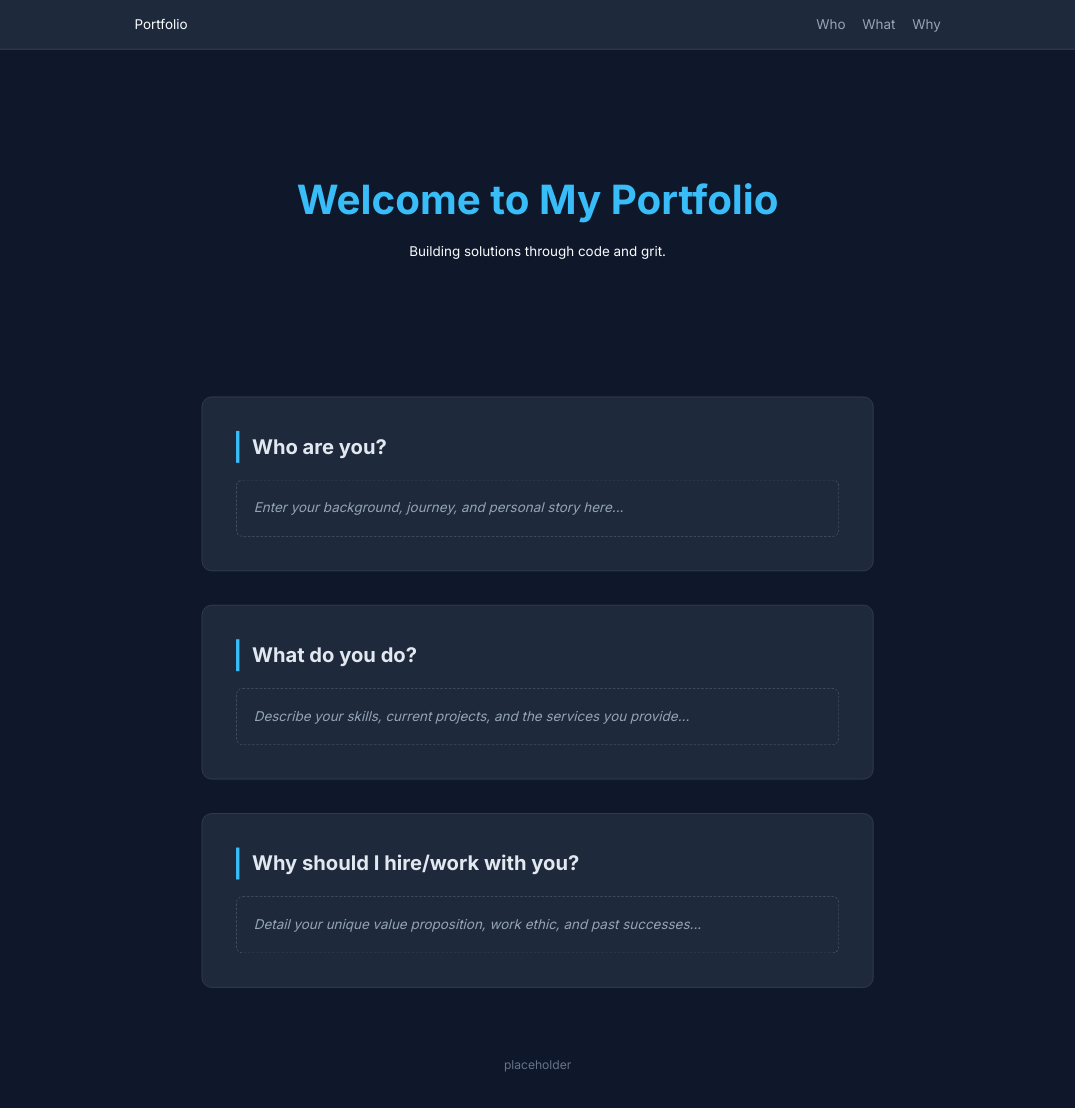
Repository: KevinSamaha/Kevin_Samaha
Page: index.html
The author's editor kept a copy of each file at every save. The page is drawn from the files as they stood at one save, then again after the next save.
The browser window is 1280 px wide. The pictures show the whole page, at 84% of full size.

Above is the page before, as saved 2026-05-03 13:57:25.

After the next save:
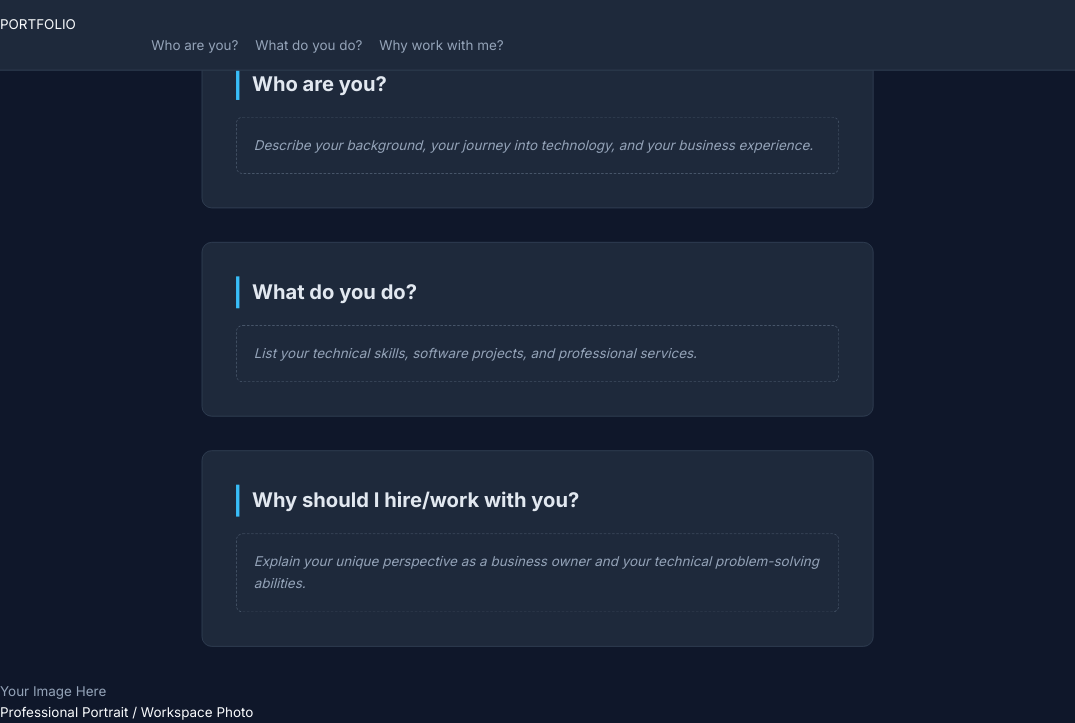
Saved 6 min 26 s later.
--- a/index.html
+++ b/index.html
@@ -3,49 +3,61 @@
 <head>
     <meta charset="UTF-8">
     <meta name="viewport" content="width=device-width, initial-scale=1.0">
-    <title>My Portfolio</title>
+    <title>Personal Portfolio</title>
+    <!-- Linking to your CSS file -->
     <link rel="stylesheet" href="style.css">
-    <!-- Google Fonts for a clean look -->
+    <!-- Google Fonts for a professional look -->
     <link href="https://fonts.googleapis.com/css2?family=Inter:wght@300;400;700&display=swap" rel="stylesheet">
 </head>
 <body>
 
     <header>
+        <div class="logo">PORTFOLIO</div>
         <nav>
-            <div class="logo">Portfolio</div>
             <ul>
-                <li><a href="#who">Who</a></li>
-                <li><a href="#what">What</a></li>
-                <li><a href="#why">Why</a></li>
+                <li><a href="#who">Who are you?</a></li>
+                <li><a href="#what">What do you do?</a></li>
+                <li><a href="#why">Why work with me?</a></li>
             </ul>
         </nav>
     </header>
 
     <main>
-        <section id="hero">
-            <h1>Welcome to My Portfolio</h1>
-            <p>Building solutions through code and grit.</p>
-        </section>
+        <!-- Left Side: Your Questions -->
+        <div class="questions-column">
+            <section id="who" class="content-box">
+                <h2>Who are you?</h2>
+                <div class="placeholder">
+                    Describe your background, your journey into technology, and your business experience.
+                </div>
+            </section>
 
-        <section id="who" class="content-box">
-            <h2>Who are you?</h2>
-            <p class="placeholder">Enter your background, journey, and personal story here...</p>
-        </section>
+            <section id="what" class="content-box">
+                <h2>What do you do?</h2>
+                <div class="placeholder">
+                    List your technical skills, software projects, and professional services.
+                </div>
+            </section>
 
-        <section id="what" class="content-box">
-            <h2>What do you do?</h2>
-            <p class="placeholder">Describe your skills, current projects, and the services you provide...</p>
-        </section>
+            <section id="why" class="content-box">
+                <h2>Why should I hire/work with you?</h2>
+                <div class="placeholder">
+                    Explain your unique perspective as a business owner and your technical problem-solving abilities.
+                </div>
+            </section>
+        </div>
 
-        <section id="why" class="content-box">
-            <h2>Why should I hire/work with you?</h2>
-            <p class="placeholder">Detail your unique value proposition, work ethic, and past successes...</p>
-        </section>
+        <!-- Right Side: Your Photo -->
+        <div class="image-column">
+            <div class="profile-container">
+                <div class="profile-frame">
+                    <!-- To use your photo: replace the span below with <img src="yourphoto.jpg"> -->
+                    <span style="color: #94a3b8;">Your Image Here</span>
+                </div>
+                <p class="image-hint">Professional Portrait / Workspace Photo</p>
+            </div>
+        </div>
     </main>
-
-    <footer>
-        <p>placeholder</p>
-    </footer>
 
 </body>
 </html>
